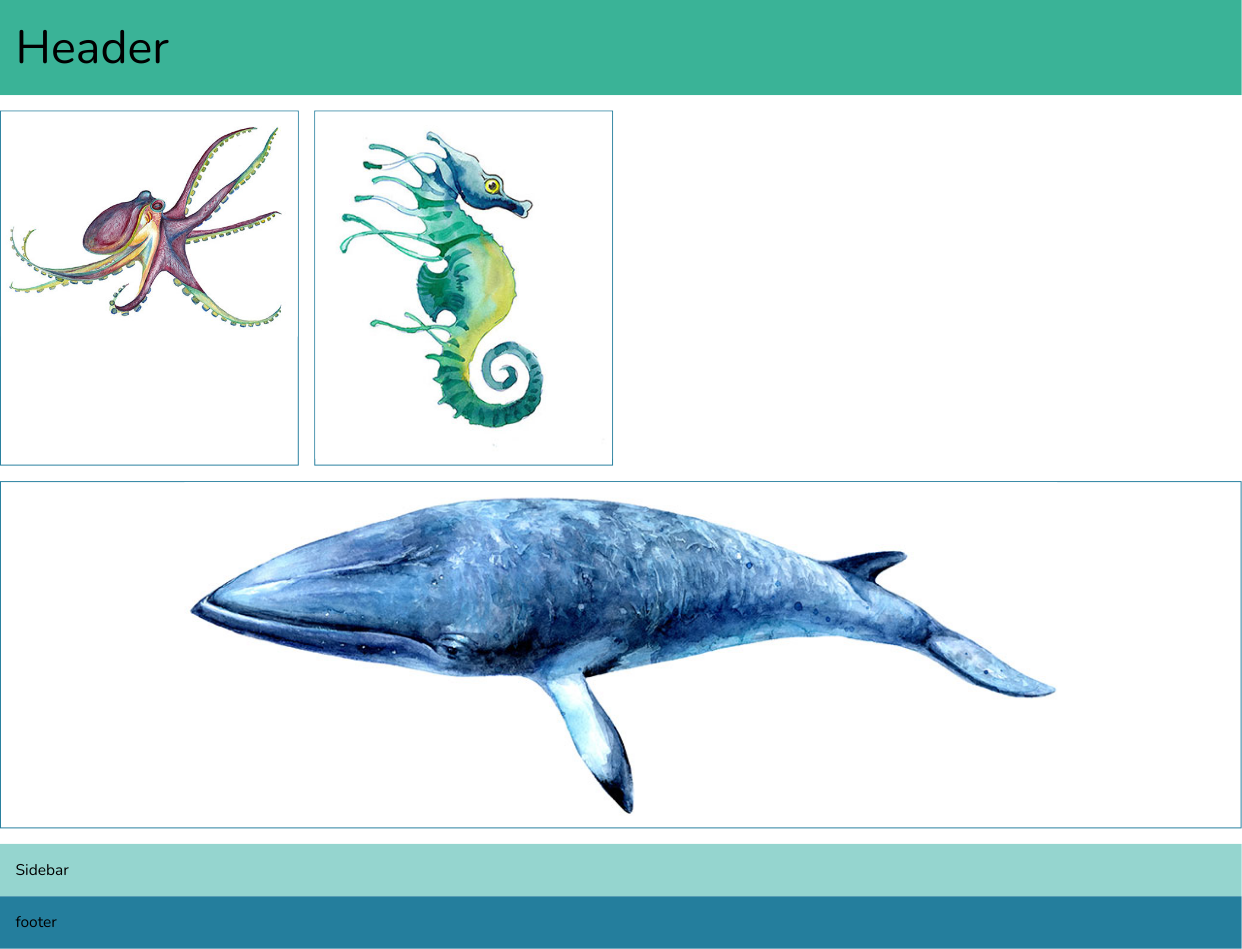
Repository: mariocapitbrok/css-combining-grid-and-flexbox-0207
Page: index.html
These files come from the project's save history. The page is drawn as it stood at one moment and after the next save; the edit follows.
The browser window is 1280 px wide. The pictures show the whole page, at 97% of full size.

Above is the page before, as saved 2022-10-07 09:26:31.

After the next save:
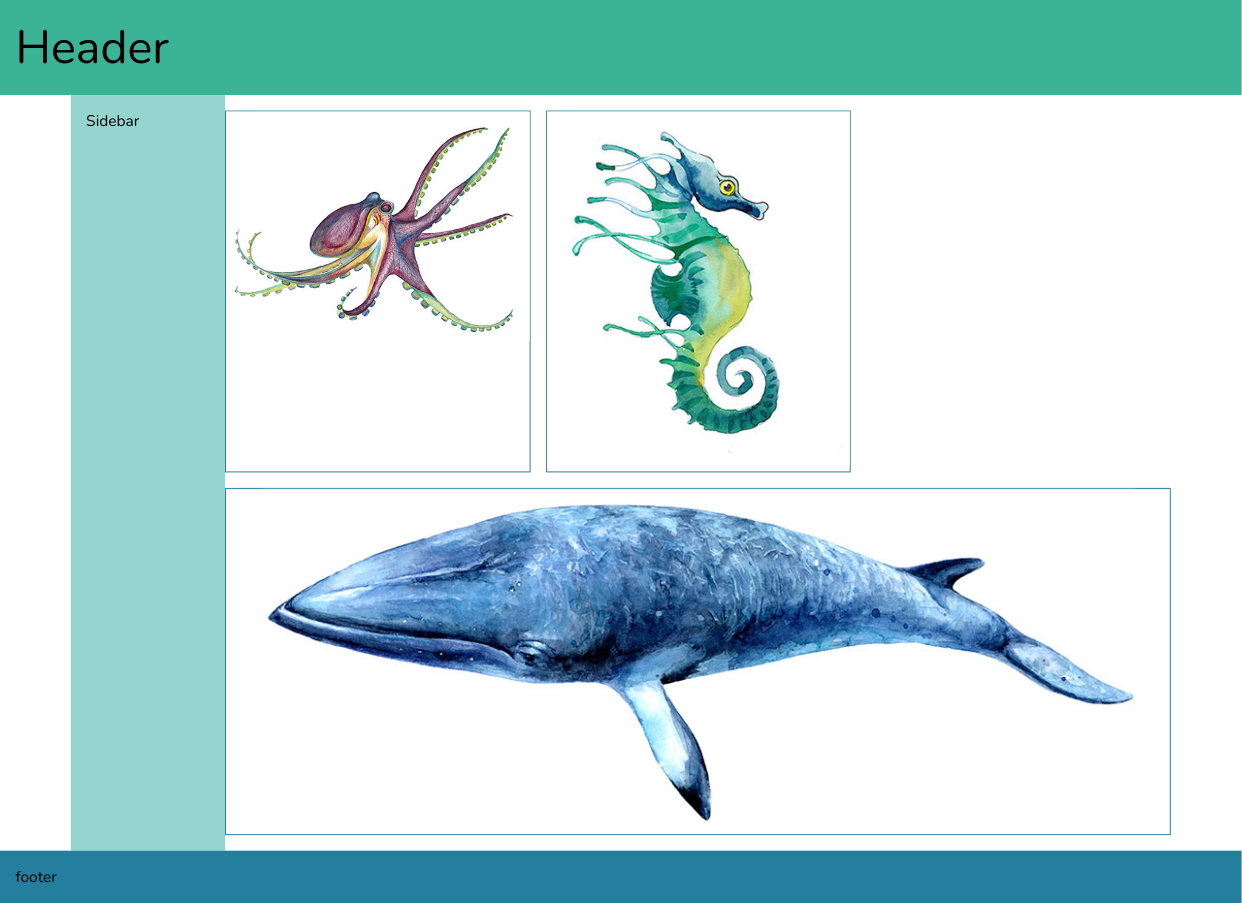
Saved 3 min 37 s later.
--- a/styles/base.css
+++ b/styles/base.css
@@ -60,6 +60,11 @@ article:nth-of-type(3) {
 
 
 @media screen and (min-width:800px) {
-
+    .container {
+        grid-template-areas:
+            "header header header header"
+            ". aside main ."
+            "footer footer footer footer";
+    }
 
 }
